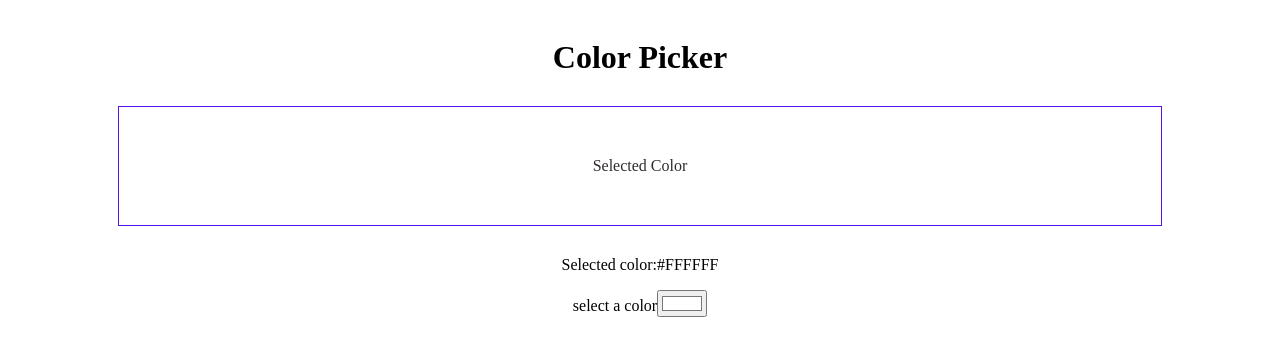
Repository: wakoya-tech/my-react-practice
Page: /
These files come from the project's save history. The page is drawn as it stood at one moment and after the next save; the edit follows.
The browser window is 1280 px wide. The pictures show the whole page.
The project was rebuilt for these pictures with package versions that can differ from the ones it lists, and the page was loaded fresh each time. Also part of the build but not shown: vite.config.js.

Above is the page before, as saved 2025-10-03 11:41:33.

After the next save:
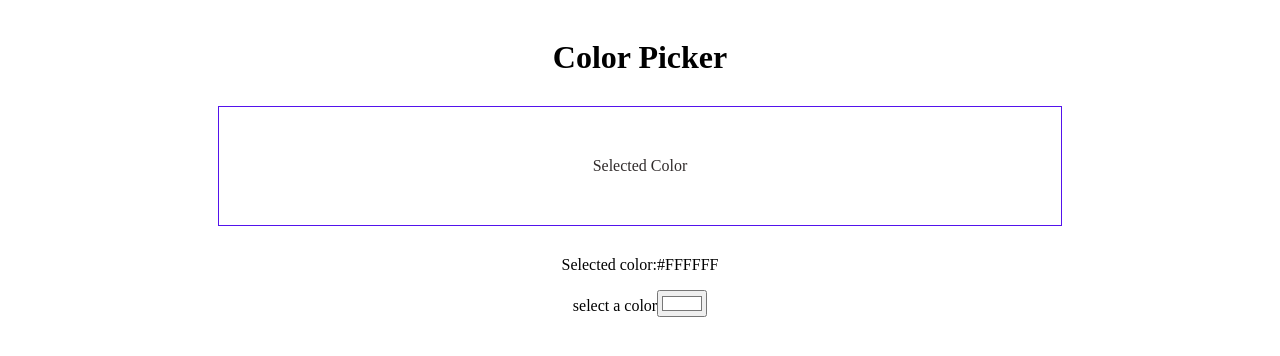
Saved 11 s later.
--- a/src/index.css
+++ b/src/index.css
@@ -6,7 +6,7 @@
   border: 1px solid rgb(84, 19, 236);
   color: rgb(48, 43, 43);
   background-color: rgb(82, 82, 197);
-  margin: 30px 100px ;
+  margin: 30px 200px ;
   padding:50px 70px;
 
 }
